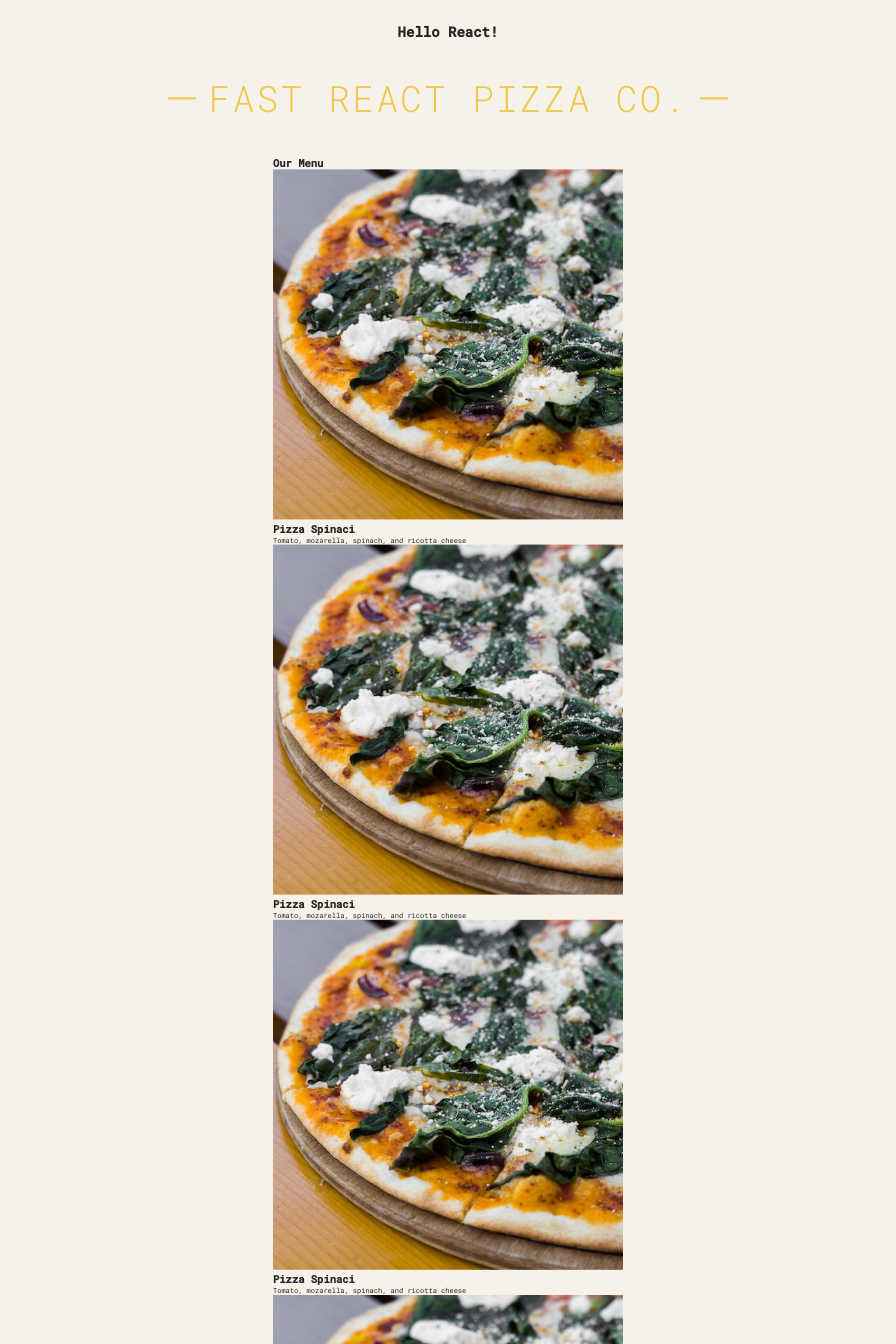
Repository: Alphosmart/03_pizza-menu
Page: /
These files come from the project's save history. The page is drawn as it stood at one moment and after the next save; the edit follows.
The browser window is 1280 px wide. The pictures show the part of the page from y = 0 to 1920 px (the page is 2523 px tall before and 2703 px after), at 70% of full size.
The project was rebuilt for these pictures with package versions that can differ from the ones it lists, and the page was loaded fresh each time.

Above is the page before, as saved 2024-05-27 19:28:55.

### src/index.js
import React from "react";
import ReactDOM from "react-dom/client";
import "./index.css";

const pizzaData = [
  {
    name: "Focaccia",
    ingredients: "Bread with italian olive oil and rosemary",
    price: 6,
    photoName: "pizzas/focaccia.jpg",
    soldOut: false,
  },
  {
    name: "Pizza Margherita",
    ingredients: "Tomato and mozarella",
    price: 10,
    photoName: "pizzas/margherita.jpg",
    soldOut: false,
  },
  {
    name: "Pizza Spinaci",
    ingredients: "Tomato, mozarella, spinach, and ricotta cheese",
    price: 12,
    photoName: "pizzas/spinaci.jpg",
    soldOut: false,
  },
  {
    name: "Pizza Funghi",
    ingredients: "Tomato, mozarella, mushrooms, and onion",
    price: 12,
    photoName: "pizzas/funghi.jpg",
    soldOut: false,
  },
  {
    name: "Pizza Salamino",
    ingredients: "Tomato, mozarella, and pepperoni",
    price: 15,
    photoName: "pizzas/salamino.jpg",
    soldOut: true,
  },
  {
    name: "Pizza Prosciutto",
    ingredients: "Tomato, mozarella, ham, aragula, and burrata cheese",
    price: 18,
    photoName: "pizzas/prosciutto.jpg",
    soldOut: false,
  },
];

function App() {
  return (
    <div className="container">
      <h1>Hello React!</h1>
      <Header />
      <Menu />
      <Footer />
    </div>
  );
}

function Header() {
  // const style = { color: "red", fontSize: "48px", textTransform: "Uppercase" };
  const style = {};
  return (
    <header className="header">
      <h1 style={style}>Fast React Pizza Co.</h1>
    </header>
  );
}

function Menu() {
  return (
    <div className="men">
      <h2>Our Menu</h2>
      <Pizza />
      <Pizza />
      <Pizza />
      <Pizza />
    </div>
  );
}

function Footer() {
  const hour = new Date().getHours();
  const openHour = 12;
  const closeHour = 22;
  const isOpen = hour >= openHour && hour <= closeHour;
  console.log(isOpen);
  // if (hour >= openHour && hour <= closeHour) alert("We're currently open!");
  // else alert("Sorry We're closed!");
  return (
    <footer>{new Date().toLocaleTimeString()}. We're currently open!</footer>
  );

  // return React.createElement("footer", null, "We're currently open!");
}

function Pizza() {
  return (
    <div>
      <img src="pizzas/spinaci.jpg" alt="Pizza spinaci" />
      <h2>Pizza Spinaci</h2>
      <p>Tomato, mozarella, spinach, and ricotta cheese</p>
    </div>
  );
}

// React v18
const root = ReactDOM.createRoot(document.getElementById("root"));
root.render(
  <React.StrictMode>
    <App />
  </React.StrictMode>
); // or root.render<App />);

//React before v18
// React.render(<App />, document.getElementById("root"));

Loaded but not shown: public/index.html (common file); src/index.css (common file)

After the next save:
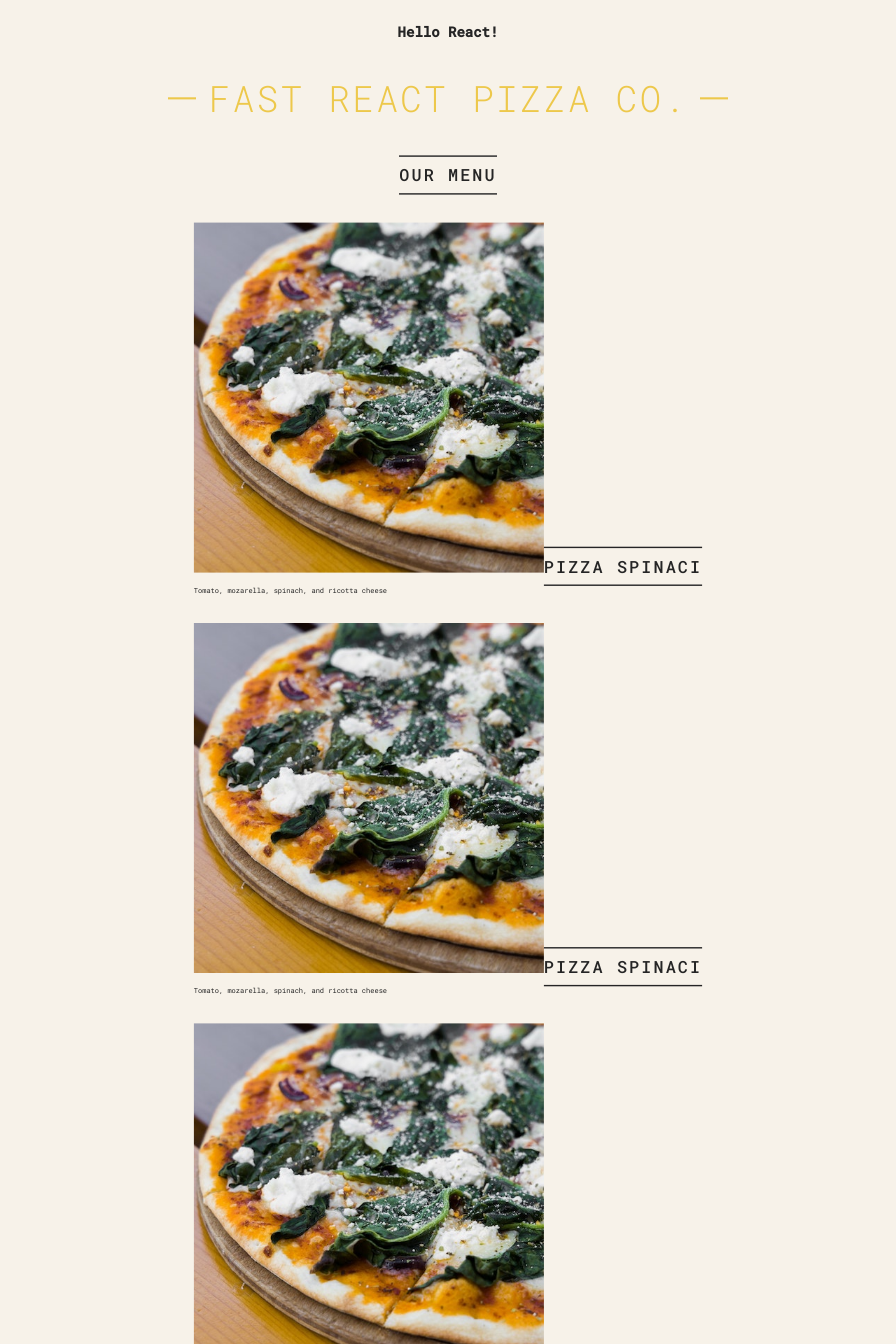
Saved 9 s later.
--- a/src/index.js
+++ b/src/index.js
@@ -70,7 +70,7 @@ function Header() {
 
 function Menu() {
   return (
-    <div className="men">
+    <div className="menu">
       <h2>Our Menu</h2>
       <Pizza />
       <Pizza />
